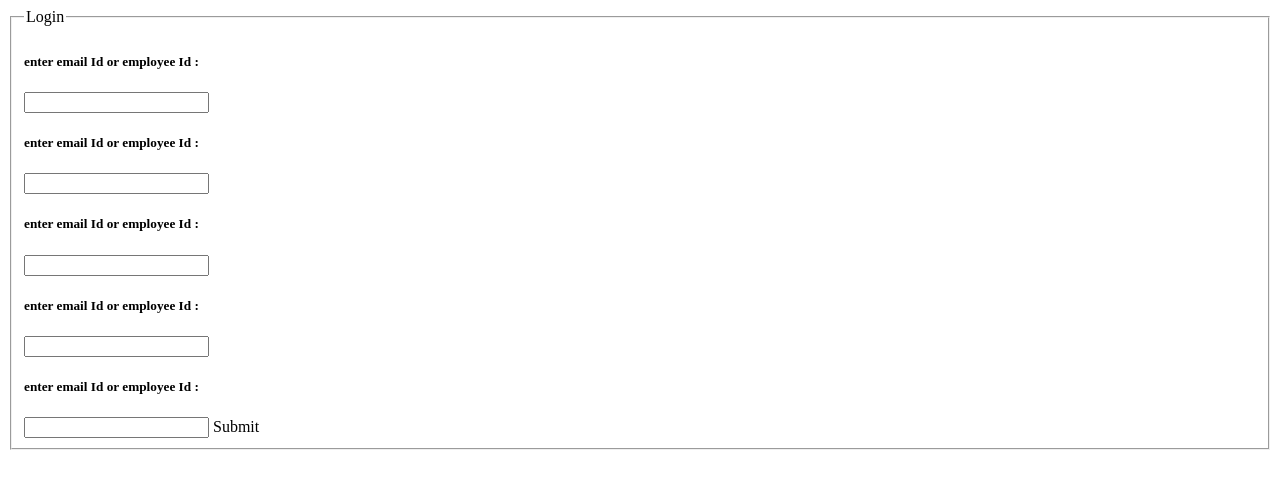
Repository: Tapaskrr/all-project
Page: http://localhost/check_check/WEB-INF/views/register.jsp
An editor plug-in stored every save of this project. The page is shown before and after the next save, followed by the edit.
The browser window is 1280 px wide. The pictures show the whole page.
The page is served by Tomcat 9. Nobody is signed in. The template is opened directly, without the code that normally fills it, so the values that code supplies are empty.

Above is the page before, as saved 2022-10-23 16:11:03.

After the next save:
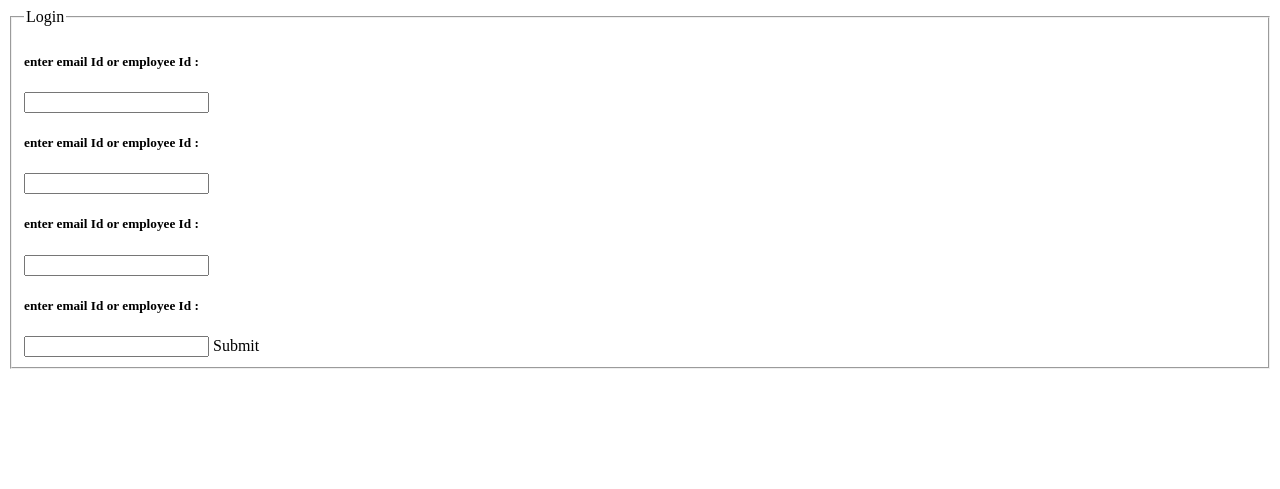
Saved 35 s later.
--- a/Eclipse New Workspace/check_check/src/main/webapp/WEB-INF/views/register.jsp
+++ b/Eclipse New Workspace/check_check/src/main/webapp/WEB-INF/views/register.jsp
@@ -16,16 +16,15 @@
 <input type="text" name="userId">
 
 <h5>enter email Id or employee Id : </h5>
-<input type="text" name="userId">
+<input type="text" name="userName">
 
 <h5>enter email Id or employee Id : </h5>
-<input type="text" name="userId">
+<input type="text" name="userEmailId">
 
 <h5>enter email Id or employee Id : </h5>
-<input type="text" name="userId">
+<input type="text" name="userPwdId">
 
-<h5>enter email Id or employee Id : </h5>
-<input type="text" name="userId">
+
 
 <a href="./loginPage"></a>Submit
 
